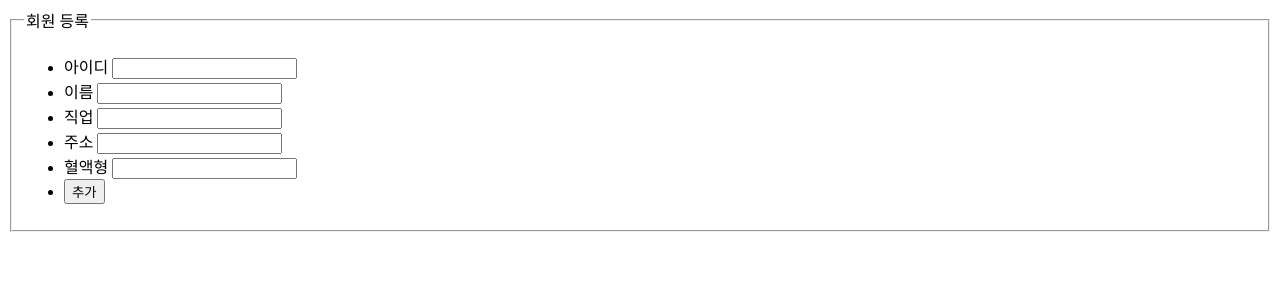
Repository: coolSummer1119/study
Page: workspace/ch03_Jsp/src/main/webapp/ch14_ajax/content.html
An editor plug-in stored every save of this project. The page is shown before and after the next save, followed by the edit.
The browser window is 1280 px wide. The pictures show the whole page.

Above is the page before, as saved 2024-04-26 07:18:21.

After the next save:
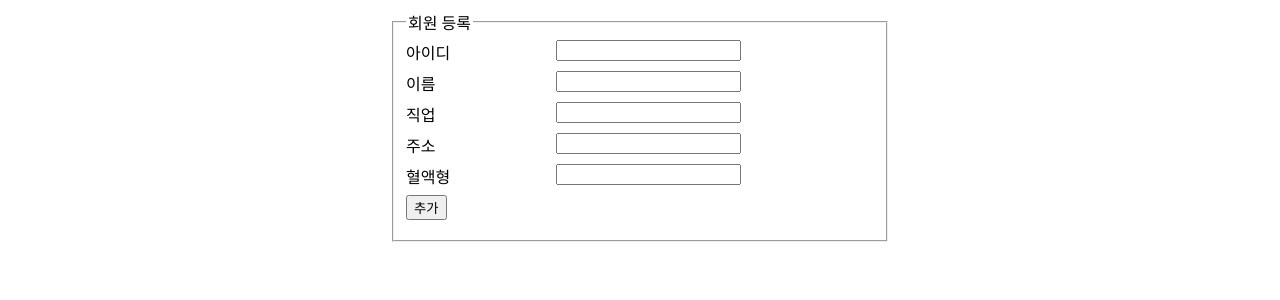
Saved 5 min 2 s later.
--- a/workspace/ch03_Jsp/src/main/webapp/ch14_ajax/content.html
+++ b/workspace/ch03_Jsp/src/main/webapp/ch14_ajax/content.html
@@ -3,6 +3,35 @@
 <head>
 <meta charset="UTF-8">
 <title>회원목록</title>
+<style type="text/css">
+	form{
+		width: 500px;
+		margin: 10px auto;
+	}
+	ul{
+		padding: 0;
+		margin: 0;
+		list-style: none;
+	}
+	ul li{
+		padding: 0;
+		margin: 0 0 10px 0;
+	}
+	label{
+		width:150px;
+		float:left;
+	}
+	table{
+		border :1px solid gray;
+		width: 500px;
+		margin: 0 auto;
+		border-collapse: collapse;
+	}
+	td{
+		border: 1px solid gray;
+		padding: 10px;
+	}
+</style>
 <script type="text/javascript" src="../js/jquery-3.7.1.min.js"></script>
 <script type="text/javascript">
 
@@ -39,5 +68,6 @@
 			</ul>
 		</fieldset>
 	</form>
+	<table id="output"></table>
 </body>
 </html>
